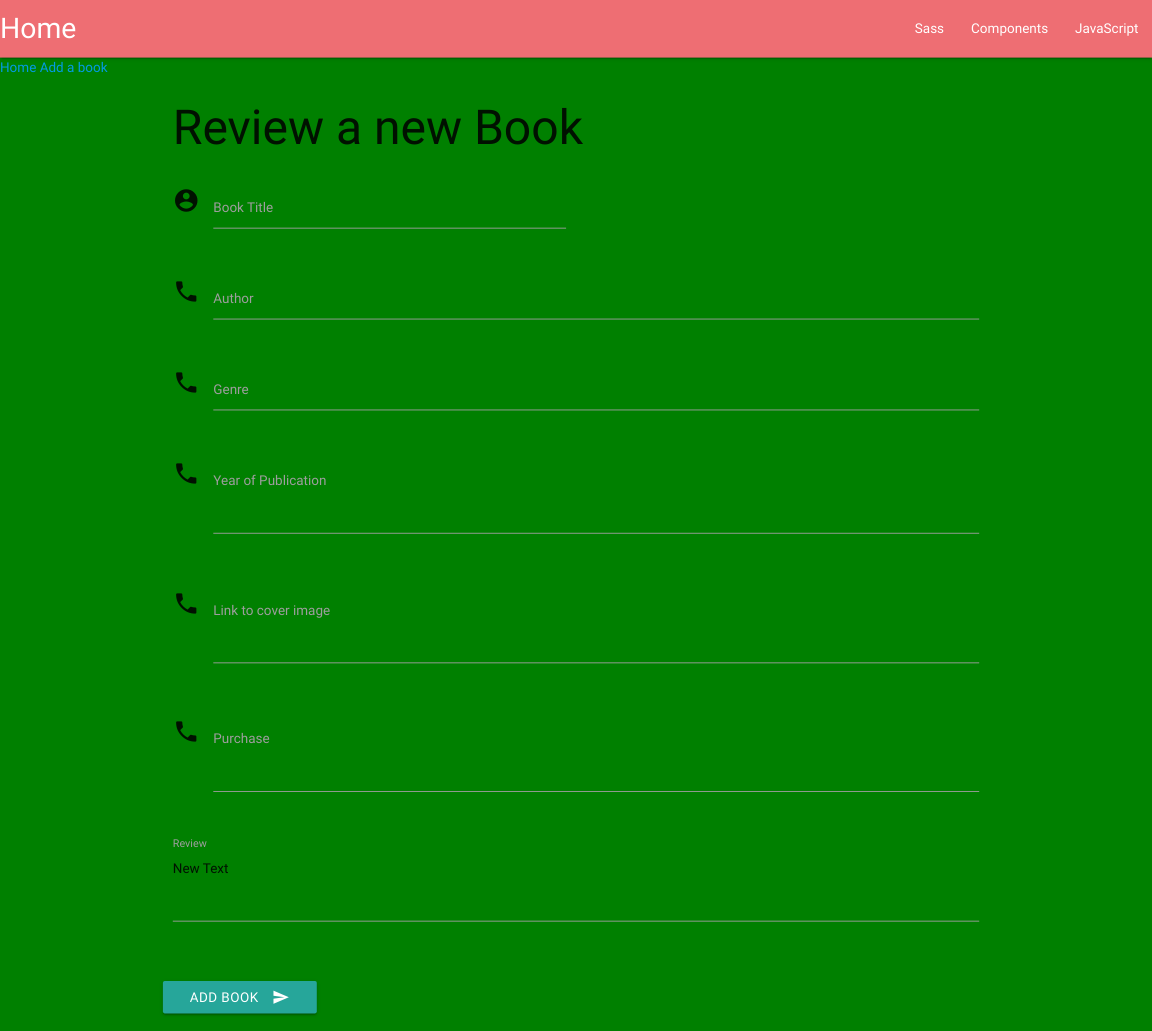
Repository: h8130084/bookReview
Page: http://localhost/add_book
The author's editor kept a record of every edit. The page is drawn from the files as they stood at one moment, then again after the next edit.
The browser window is 1280 px wide. The pictures show the whole page, at 90% of full size.
Some web libraries are served in a nearby version. The page is served by the project's application, run on Flask 3 (app.py).

Above is the page before.
Console error: ReferenceError: M is not defined

### templates/addbook.html
{% extends 'base.html' %} {% block content %}

<h2> Review a new Book</h2>
<div class="row">
    <form action="{{ url_for('insert_book') }}" method="POST" class="col s12">

        <div class="row">
            <div class="input-field col s6">
                <i class="material-icons prefix">account_circle</i>
                <input id="Title" name="Title" type="text" class="validate">
                <label for="icon_prefix">Book Title</label>
            </div>
        </div>

        <div class="row">
            <div class="input-field col s12">
                <i class="material-icons prefix">phone</i>
                <input name="Author" id="Author" class="materialize-textarea">
                <label for="icon_telephone">Author</label>
            </div>
        </div>

        <div class="row">
            <div class="input-field col s12">
                <i class="material-icons prefix">phone</i>
                <input name="Genre" id="Genre" class="materialize-textarea">
                <label for="icon_telephone">Genre</label>
            </div>
        </div>

        <div class="row">
            <div class="input-field col s12">
                <i class="material-icons prefix">phone</i>
                <textarea name="Year" id="Year" class="materialize-textarea"></textarea>
                <label for="icon_telephone">Year of Publication</label>
            </div>
        </div>

        <div class="row">
            <div class="input-field col s12">
                <i class="material-icons prefix">phone</i>
                <textarea name="Image_URL" id="Image_URL" class="materialize-textarea"></textarea>
                <label for="icon_telephone">Link to cover image</label>
            </div>
        </div>

        <div class="row">
            <div class="input-field col s12">
                <i class="material-icons prefix">phone</i>
                <textarea name="Amazon" id="Amazon" class="materialize-textarea"></textarea>
                <label for="icon_telephone">Purchase</label>
            </div>
        </div>

        <div class="row">
            <div class="input-field col s12">
                <textarea id="Review" name="Review" class="materialize-textarea"></textarea>
                <label for="Review">Review</label>
            </div>
        </div>

</div>

<div class="row">
    <button class="btn waves-effect waves-light" type="submit" name="action">Add Book
                <i class="material-icons right">send</i>
            </button>
</div>
</form>
</div>

{% endblock %}

### templates/base.html
<!DOCTYPE html>
<html lang="en">

<head>
    <meta charset="UTF-8">
    <meta name="viewport" content="width=device-width, initial-scale=1.0">
    <meta http-equiv="X-UA-Compatible" content="ie=edge">

<!-- taken from google fonts, materilaize and cdnjs -->
    <link href="https://fonts.googleapis.com/icon?family=Material+Icons" rel="stylesheet">
    <link href="https://fonts.googleapis.com/css?family=Raleway&display=swap" rel="stylesheet">
    <link rel="stylesheet" href="https://cdnjs.cloudflare.com/ajax/libs/materialize/0.100.2/css/materialize.min.css">
    <link rel="stylesheet" href="{{url_for('static', filename='style.css')}}" type="text/css" />

    <title>Document</title>
</head>

<body>
    <header>
         <nav>
    <div class="nav-wrapper">
      <a href="{{url_for('get_books')}}" class="brand-logo">Home</a>
      <ul id="nav-mobile" class="right hide-on-med-and-down">
        <li><a href="sass.html">Sass</a></li>
        <li><a href="badges.html">Components</a></li>
        <li><a href="collapsible.html">JavaScript</a></li>
      </ul>
    </div>
  </nav>
		<div id="navbar" class="col s12">
			<a href="{{url_for('get_books')}}">Home</a>
			<a href="{{url_for('add_book')}}">Add a book</a>
		</div>
    </header>


    <div class="container">
        {% block content %} {% endblock %}

        <script src="https://cdnjs.cloudflare.com/ajax/libs/jquery/3.2.1/jquery.min.js"></script>
        <script src="https://cdnjs.cloudflare.com/ajax/libs/materialize/0.100.2/js/materialize.min.js"></script>
        <script type="text/javascript">
            $(document).ready(function() {
                $('.tabs').tabs();
                $('#Review').val('New Text');
                M.textareaAutoResize($('#Review'));

            });

        </script>
    </div>
</body>


</html>

### app.py
import os
from flask import Flask, render_template, redirect, request, url_for
from flask_pymongo import PyMongo
from bson.objectid import ObjectId
import env

app = Flask(__name__)

app.config["MONGO_DBNAME"] = 'book_review'
app.config["MONGO_URI"] = env.MONGO_URI


mongo = PyMongo(app)

@app.route('/')
@app.route('/ get_books')
def get_books():
     return render_template("books.html", books=mongo.db.book_details.find())

@app.route('/edit_book/<book_id>')
def edit_book(book_id):
    the_book = mongo.db.book_details.find_one({"_id": ObjectId(book_id)})
    all_categories = mongo.db.categories.find()
    return render_template('editbook.html', book=the_book, categories=all_categories)

@app.route('/update_book/<book_id>', methods=["POST"])
def update_book(book_id):
    books = mongo.db.book_details
    books.update( {'_id': ObjectId(book_id)},
    {
        'Title': request.form.get('Title'),
        'Author': request.form.get('Author'),
        'Genre': request.form.get('Genre'),
        'Year': request.form.get('Year'),
        'Image_URL': request.form.get('Image_URL'),
        'Amazon': request.form.get('Amazon'),
        'Review': request.form.get('Review')
    })
    return redirect(url_for('get_books'))

#book details page
@app.route('/book_info/<book_id>')
def book_info(book_id):
    the_book = mongo.db.book_details.find_one({"_id": ObjectId(book_id)})
    all_categories = mongo.db.categories.find()
    return render_template('bookdetails.html', book=the_book, categories=all_categories)

# displays add books page
@app.route('/add_book')
def add_book():
    return render_template('addbook.html')

#  takes the details from the form and adds the book to the database, then redirects to home page
@app.route('/insert_book', methods=['POST'])
def insert_book():

    new_book = {
        'Title': request.form.get('Title'),
        'Author': request.form.get('Author'),
        'Genre': request.form.get('Genre'),
        'Year': request.form.get('Year'),
        'Image_URL': request.form.get('Image_URL'),
        'Amazon': request.form.get('Amazon'),
        'Review': request.form.get('Review'),
        'upvotes': 0,
    }

    books = mongo.db.book_details
    books.insert_one(new_book)
    # ----- get books should be home page to display that the book just added is present
    return redirect(url_for('get_books'))

# delete the book
@app.route('/delete_book/<book_id>')
def delete_book(book_id):
    mongo.db.book_details.remove({'_id': ObjectId(book_id)})
    return redirect(url_for('get_books'))


if __name__ == '__main__':
    app.run(host=os.environ.get('IP'),
    port=int(os.environ.get('PORT')),
    debug=True)

### static/style.css
@import url('https://fonts.googleapis.com/css?family=Raleway&display=swap');
body{
    background-color: green;
}

.books{
   background-color: red;
 }

.sub-heading {
  font-family: 'Raleway', sans-serif;
  text-align: center;
}

After the next edit:
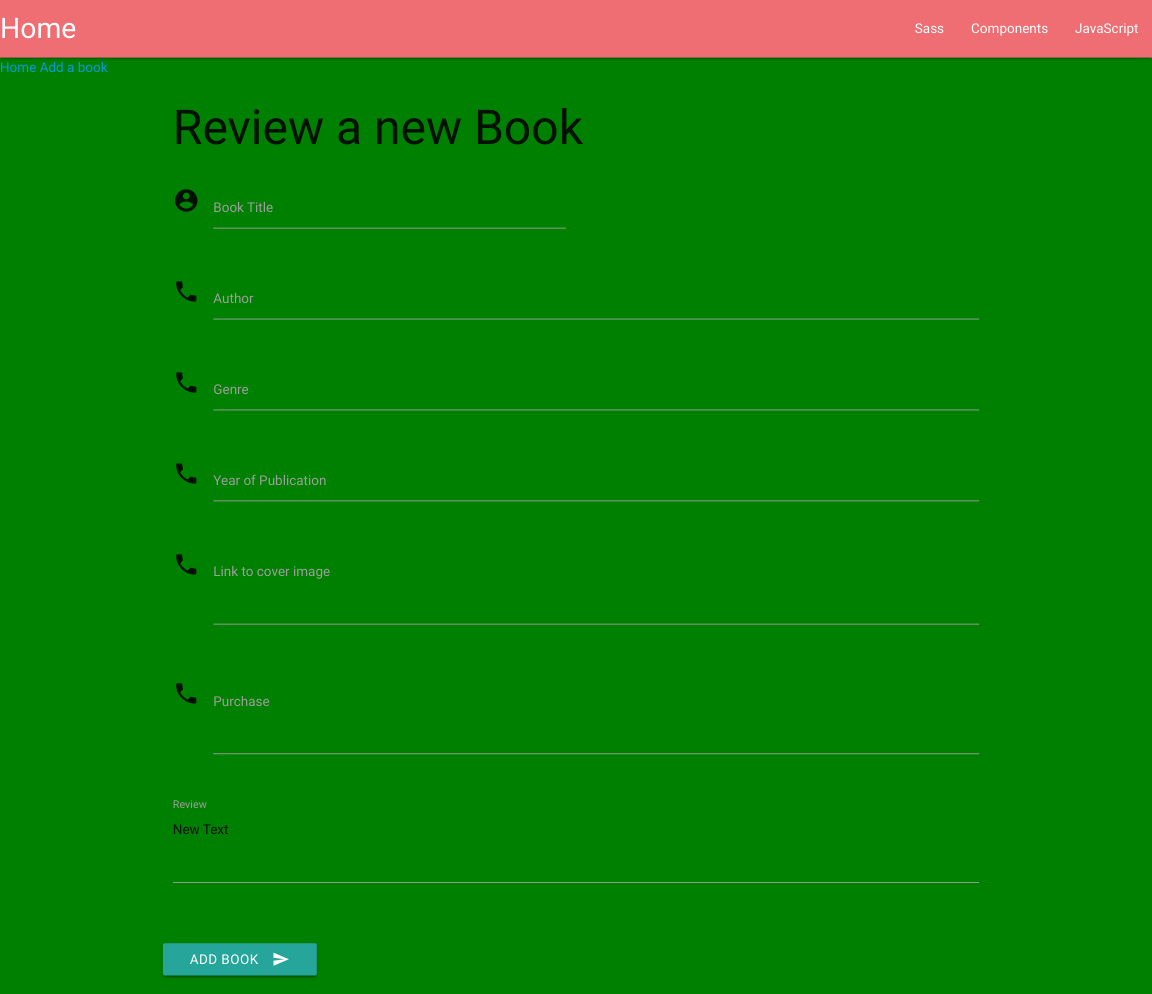
The edit:
--- a/templates/addbook.html
+++ b/templates/addbook.html
@@ -31,7 +31,7 @@
         <div class="row">
             <div class="input-field col s12">
                 <i class="material-icons prefix">phone</i>
-                <textarea name="Year" id="Year" class="materialize-textarea"></textarea>
+                <input name="Year" id="Year" class="materialize-textarea">
                 <label for="icon_telephone">Year of Publication</label>
             </div>
         </div>
